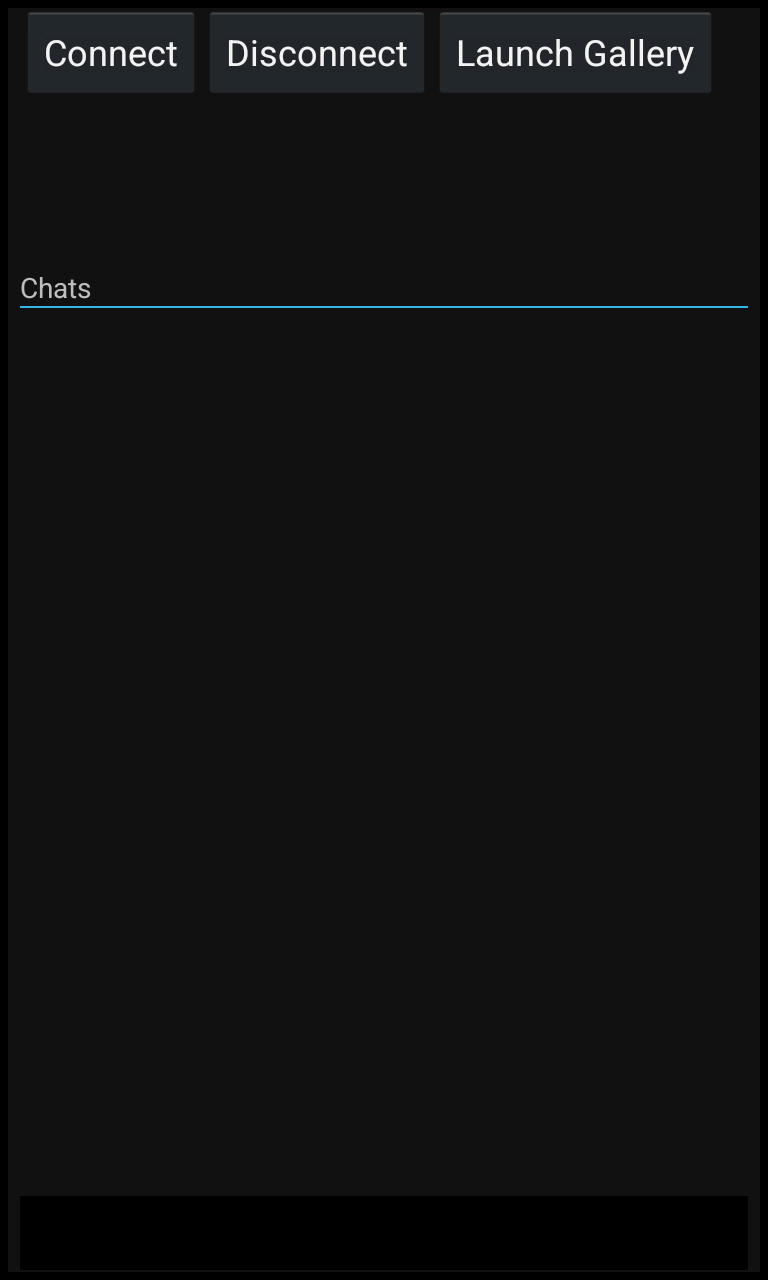
Repository: flyingbuffalo/AndroidTest
Layout: WiFiDirectDemo/res/layout/device_detail.xml
The author's editor kept a copy of each file at every save. The layout is drawn from the files as they stood at one save, then again after the next save.
It is drawn on a 768 x 1280 px phone screen (xhdpi) without system bars, with theme android:Theme.Holo; the app's code is not run. Lists and similar views that code fills are empty.

Above is the layout before, as saved 2014-08-05 13:10:17.

### WiFiDirectDemo/res/layout/device_detail.xml
<?xml version="1.0" encoding="utf-8"?>
<RelativeLayout
    xmlns:android="http://schemas.android.com/apk/res/android"
    android:orientation="horizontal"
    android:layout_width="match_parent"
    android:layout_height="match_parent"
    android:background="@drawable/details_view"
    android:visibility="visible">

    <LinearLayout
        android:orientation="vertical"
        android:layout_width="match_parent"
        android:layout_height="wrap_content"
        android:layout_alignParentLeft="true"
        android:layout_alignParentRight="true"
        android:layout_alignParentTop="true" >

        <LinearLayout
            android:orientation="horizontal"
            android:layout_width="match_parent"
            android:layout_height="wrap_content">
            <Button
                android:id="@+id/btn_connect"
                android:layout_width="wrap_content"
                android:layout_height="wrap_content"
                android:text="@string/connect_peer_button" />
            <Button
                android:id="@+id/btn_disconnect"
                android:layout_width="wrap_content"
                android:layout_height="wrap_content"
                android:text="@string/disconnect_peer_button" />
            <Button
                android:id="@+id/btn_start_client"
                android:layout_width="wrap_content"
                android:layout_height="wrap_content"
                android:text="@string/get_file_button"
                android:visibility="visible" />
        </LinearLayout>
        <TextView
            android:id="@+id/device_address"
            android:layout_width="match_parent"
            android:layout_height="wrap_content" />
        <TextView
            android:id="@+id/device_info"
            android:layout_width="match_parent"
            android:layout_height="wrap_content" />
        <TextView
            android:id="@+id/group_owner"
            android:layout_width="match_parent"
            android:layout_height="wrap_content" />
        <TextView
            android:id="@+id/group_ip"
            android:layout_width="match_parent"
            android:layout_height="wrap_content" />

        <TextView
            android:layout_marginTop="8dp"
	        android:layout_width="fill_parent"
	        android:layout_height="wrap_content"
	        android:gravity="center_vertical"
	        android:text="Chats" />

	    <View
	        android:layout_width="fill_parent"
	        android:layout_height="1dp"
	        android:gravity="center_vertical"
	        android:background="@android:color/holo_blue_light" />

	    <!-- Available peers -->
	    <ListView
	        android:id="@id/android:list"
	        android:layout_width="match_parent"
	        android:layout_height="match_parent"
	        android:layout_weight="1"
	        android:drawSelectorOnTop="false" />

    </LinearLayout>

    <LinearLayout
        android:layout_width="match_parent"
        android:id="@+id/status_bar"
        android:orientation="vertical"
        android:layout_gravity="bottom"
        android:layout_height="37dp"
        android:layout_marginBottom="3dp"
        android:background="@android:color/background_dark"
        android:layout_alignParentLeft="true"
        android:layout_alignParentRight="true"
        android:layout_alignParentBottom="true" >

        <TextView
            android:layout_width="wrap_content"
            android:layout_height="match_parent"
            android:layout_gravity="center"
            android:layout_margin="5dp"
            android:textColor="@android:color/white"
            android:id="@+id/status_text">
        </TextView>
    </LinearLayout>
</RelativeLayout>

Loaded but not shown: WiFiDirectDemo/res/drawable/details_view.xml (common file); WiFiDirectDemo/res/values/strings.xml (common file); WiFiDirectDemo/res/values/colors.xml (common file)

After the next save:
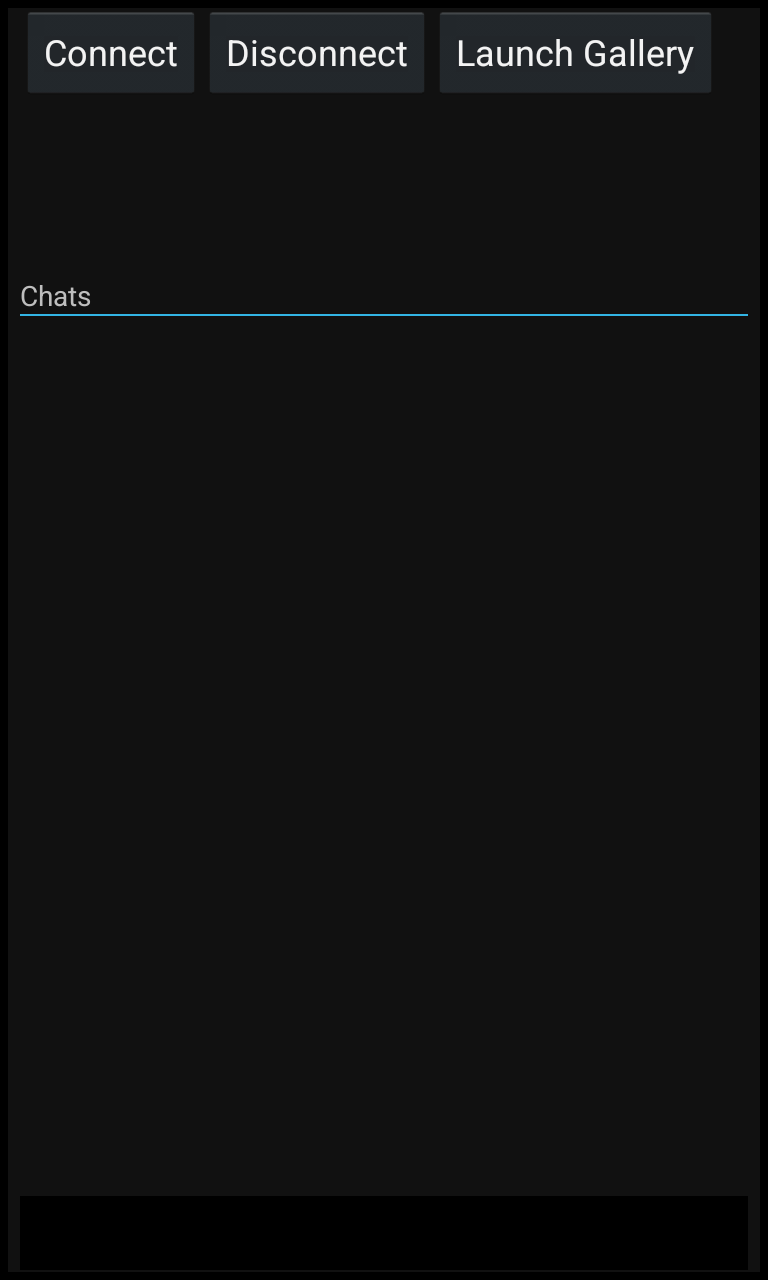
Saved 8 s later.
--- a/WiFiDirectDemo/res/layout/device_detail.xml
+++ b/WiFiDirectDemo/res/layout/device_detail.xml
@@ -54,7 +54,7 @@
             android:layout_height="wrap_content" />
 
         <TextView
-            android:layout_marginTop="8dp"
+            android:layout_marginTop="12dp"
 	        android:layout_width="fill_parent"
 	        android:layout_height="wrap_content"
 	        android:gravity="center_vertical"
